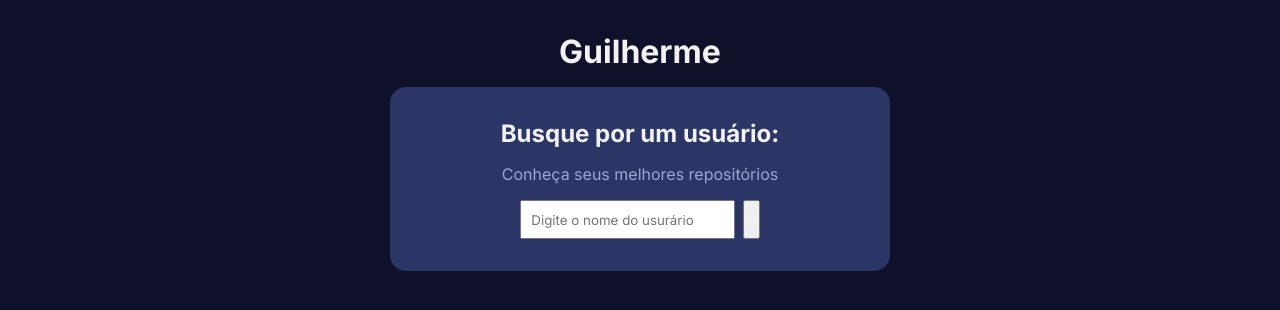
Repository: guilhermecardoso93/github-finder
Page: /
These files come from the project's save history. The page is drawn as it stood at one moment and after the next save; the edit follows.
The browser window is 1280 px wide. The pictures show the whole page.
The project was rebuilt for these pictures with package versions that can differ from the ones it lists, and the page was loaded fresh each time. Also part of the build but not shown: vite.config.ts.

Above is the page before, as saved 2024-10-24 19:50:03.

After the next save:
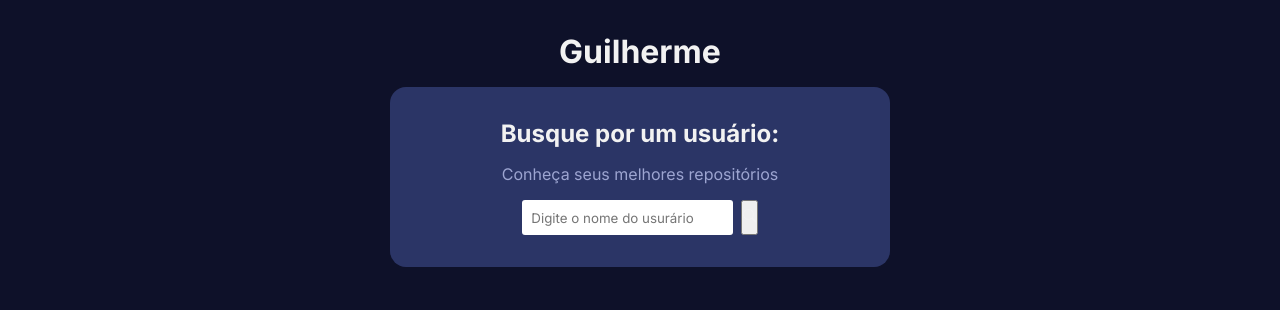
Saved 26 s later.
--- a/src/components/Search/styles.module.css
+++ b/src/components/Search/styles.module.css
@@ -22,4 +22,7 @@
 .search_input input,
 .search_input input {
   padding: .6rem;
+  border-radius: 3px;
+  border: none;
+  color: #2b3566;
 }
